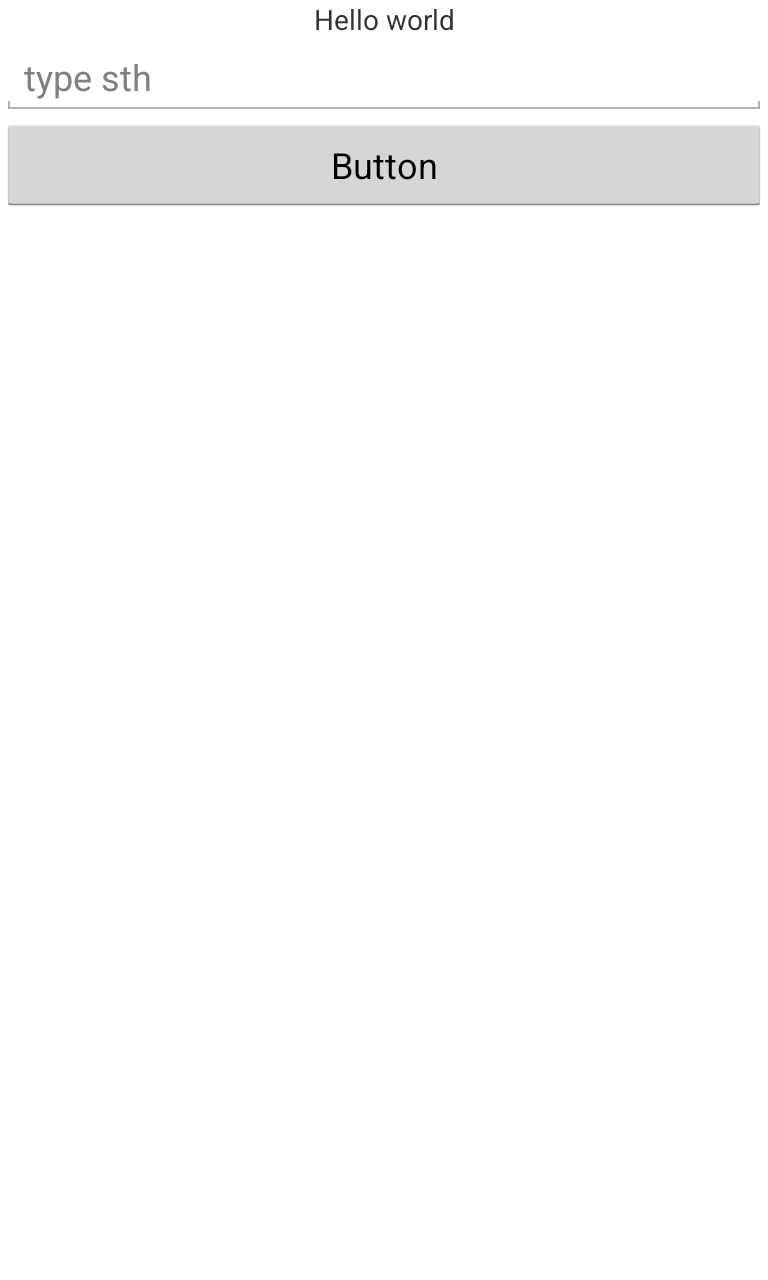
Repository: HantaoShu/android_learning
Layout: UIWidgetTest/res/layout/activity_main.xml
The author's editor kept a copy of each file at every save. The layout is drawn from the files as they stood at one save, then again after the next save.
It is drawn on a 768 x 1280 px phone screen (xhdpi) without system bars, with theme AppTheme; the app's code is not run.

Above is the layout before, as saved 2016-02-12 07:35:00.

### UIWidgetTest/res/layout/activity_main.xml
<RelativeLayout xmlns:android="http://schemas.android.com/apk/res/android"
    xmlns:tools="http://schemas.android.com/tools"
    android:layout_width="match_parent"
    android:layout_height="match_parent"
    android:orientation="vertical" >

    <TextView
        android:id="@+id/textView1"
        android:layout_width="match_parent"
        android:layout_height="wrap_content"
        android:gravity="center"
        android:text="Hello world" />

    <EditText
        android:id="@+id/edit_text"
        android:layout_width="match_parent"
        android:layout_height="wrap_content"
        android:layout_alignParentLeft="true"
        android:layout_below="@+id/textView1"
        android:hint="type sth" >
    </EditText>

    <Button
        android:id="@+id/button"
        android:layout_width="match_parent"
        android:layout_height="wrap_content"
        android:layout_alignParentLeft="true"
        android:layout_below="@+id/edit_text"
        android:hint="type sth"
        android:text="Button" />

</RelativeLayout>

Loaded but not shown: UIWidgetTest/res/values/styles.xml (common file); UIWidgetTest/res/values-v11/styles.xml (common file); UIWidgetTest/res/values-v14/styles.xml (common file)

After the next save:
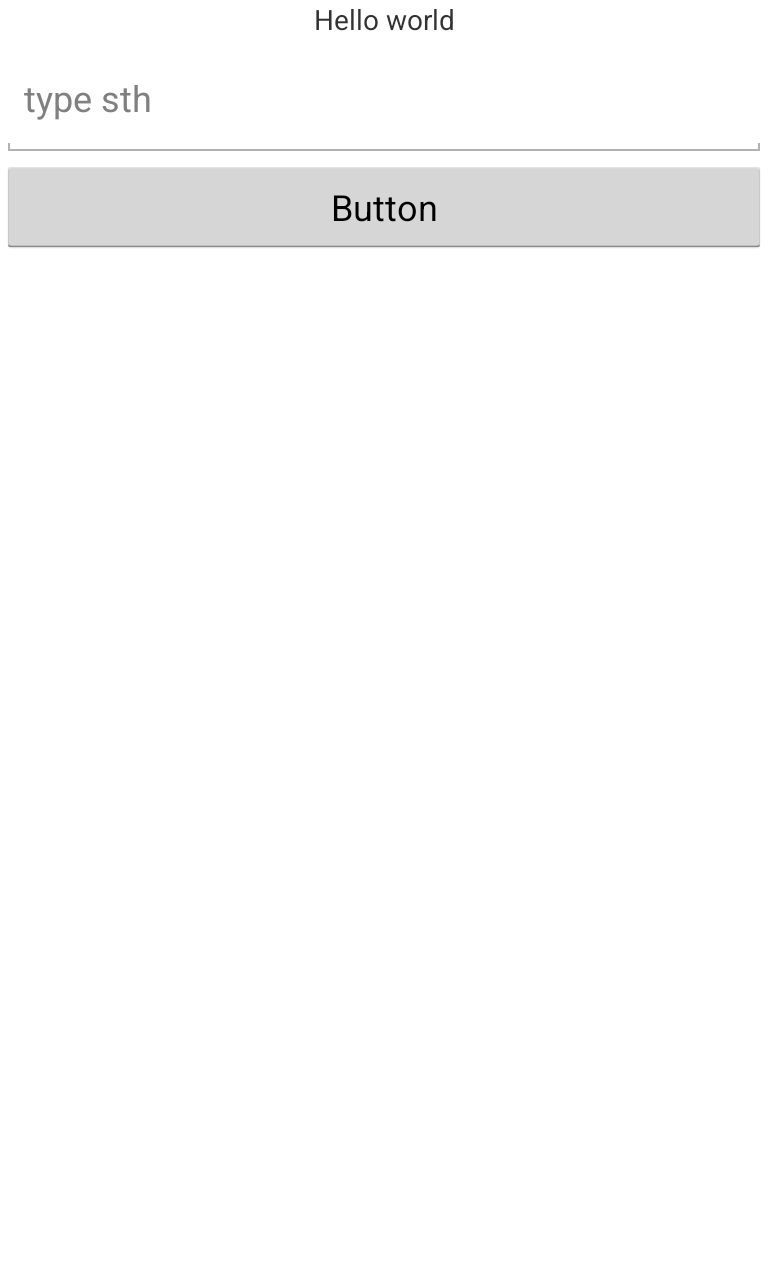
Saved 8 s later.
--- a/UIWidgetTest/res/layout/activity_main.xml
+++ b/UIWidgetTest/res/layout/activity_main.xml
@@ -17,7 +17,9 @@
         android:layout_height="wrap_content"
         android:layout_alignParentLeft="true"
         android:layout_below="@+id/textView1"
-        android:hint="type sth" >
+        android:hint="type sth"
+        android:minLines="2" >
+
     </EditText>
 
     <Button

After the save that followed:
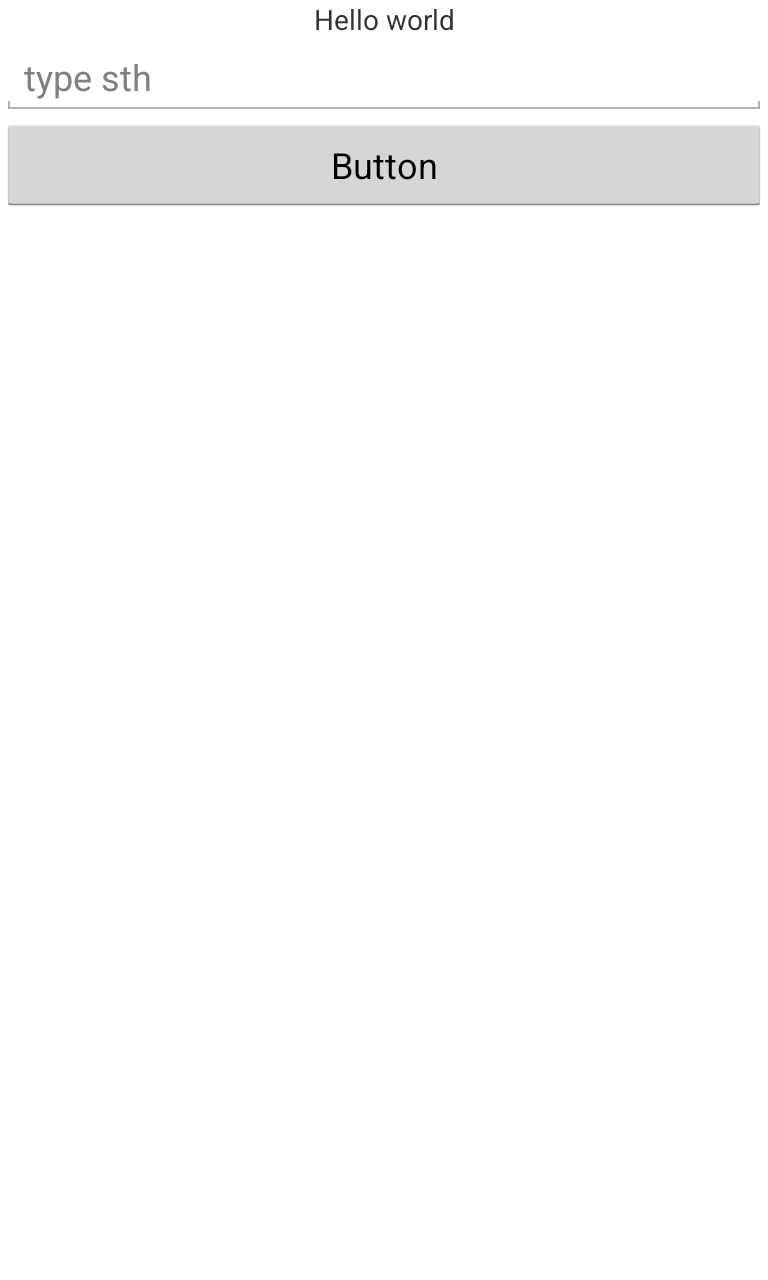
Saved 70 s later.
--- a/UIWidgetTest/res/layout/activity_main.xml
+++ b/UIWidgetTest/res/layout/activity_main.xml
@@ -18,7 +18,7 @@
         android:layout_alignParentLeft="true"
         android:layout_below="@+id/textView1"
         android:hint="type sth"
-        android:minLines="2" >
+        android:maxLines="2" >
 
     </EditText>
 
